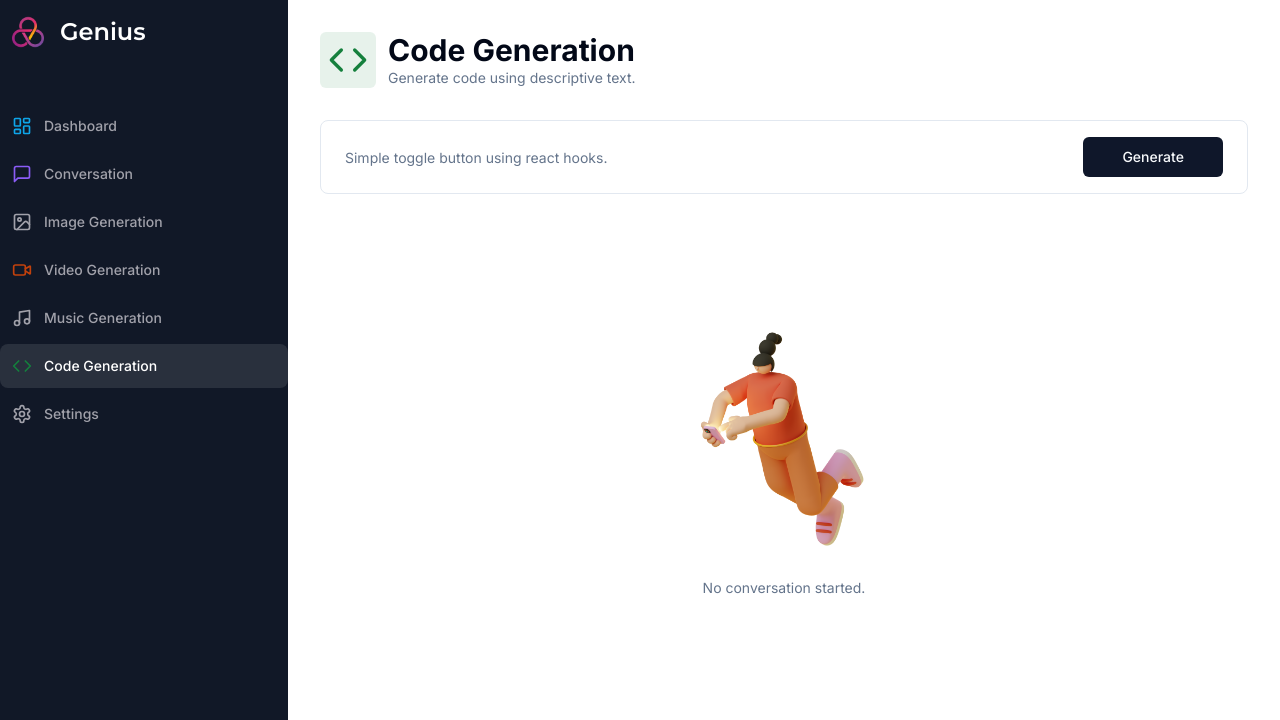
Repository: sweety-124/Genie-AI
Page: /code
An editor plug-in stored every save of this project. The page is shown before and after the next save, followed by the edit.
The browser window is 1280 px wide. The pictures show the whole page.
The page's requests for data from a server got no answer. The project was rebuilt for these pictures with package versions that can differ from the ones it lists, and the page was loaded fresh each time. Some packages were replaced by stand-ins written for this rebuild. The framework's server and built-in components were replaced by stand-ins that run in the browser. No one was signed in, and anything a server would have sent is missing. Also part of the build but not shown: next.config.js, components/ui/avatar.tsx, components/bot-avatar.tsx, components/ui/label.tsx, components/user-avatar.tsx.

Above is the page before, as saved 2023-12-05 21:53:05.

After the next save:
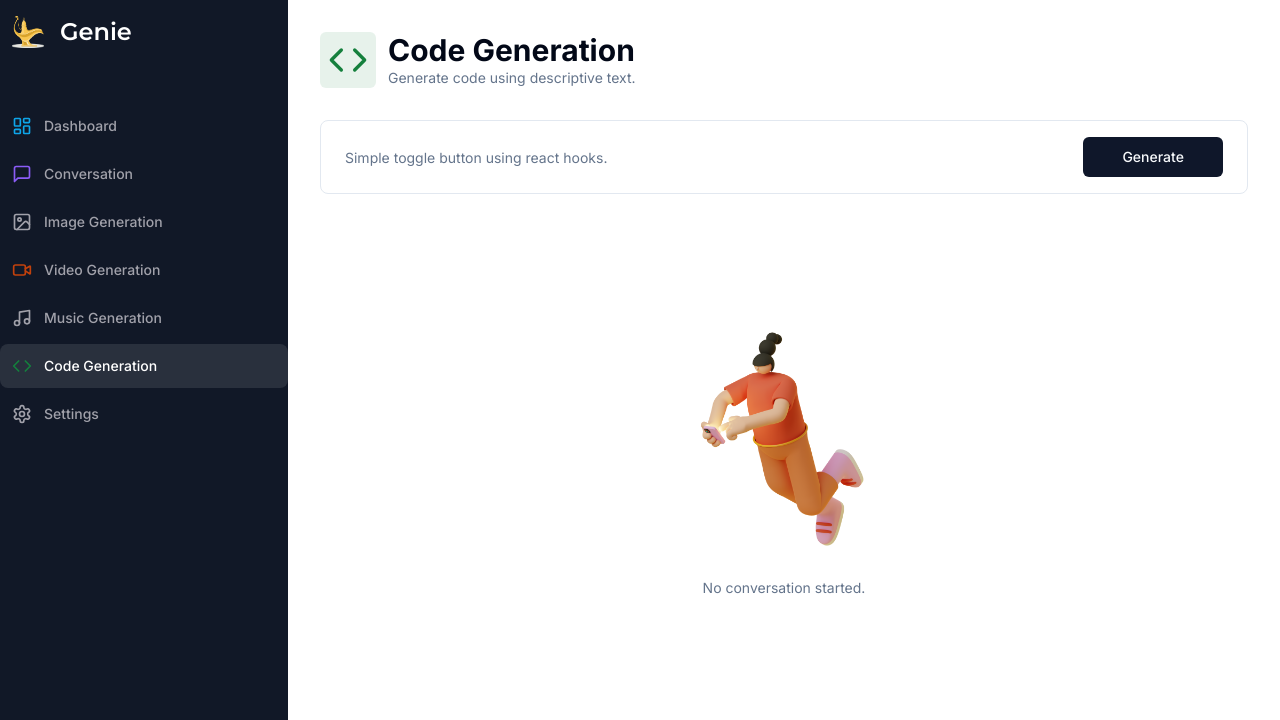
Saved 11 min 21 s later.
--- a/components/sidebar.tsx
+++ b/components/sidebar.tsx
@@ -12,7 +12,7 @@ import Image from "next/image";
 import Link from "next/link";
 import { usePathname } from "next/navigation";
 
-const monsterrat = Montserrat({weight:'600',
+const montserrat = Montserrat({weight:'600',
 subsets:["latin"]});
 
 const routes=[
@@ -69,8 +69,8 @@ const Sidebar = () => {
     const pathName = usePathname();
     return ( <div className="space-y-4 py-4 flex-col h-full bg-[#111827] text-white">
         <Link href="/dashboard" className="flex items-center pl-3 mb-14"><div className="relative w-8 h-8 mr-4">
-            <Image fill alt="Logo" src="/logo.png" /></div>
-            <h1 className={cn("text-2xl font-bold",monsterrat.className)}>Genius</h1>
+            <Image fill alt="Logo" src="/logos.png" /></div>
+            <h1 className={cn("text-2xl font-bold",montserrat.className)}>Genie</h1>
             </Link>
             <div className="space-y-1">
                 {
